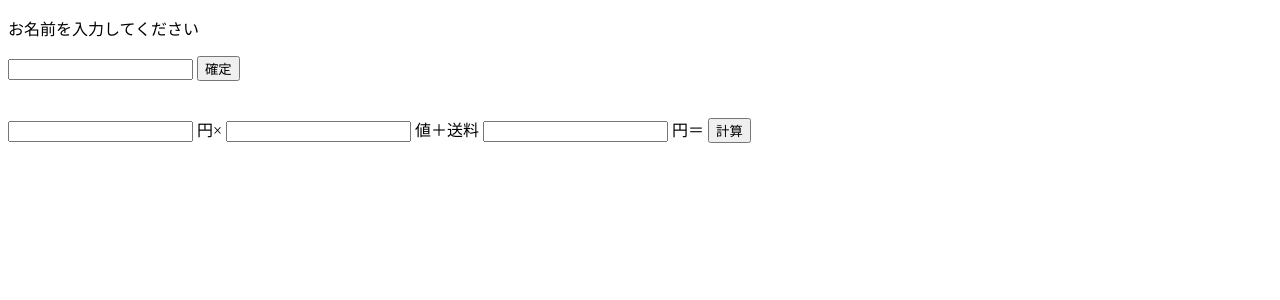
Repository: iuvfag/test
Page: http://localhost/HelloJsp/
These files come from the project's save history. The page is drawn as it stood at one moment and after the next save; the edit follows.
The browser window is 1280 px wide. The pictures show the whole page.
The page is served by Tomcat 9.

Above is the page before, as saved 2018-06-22 08:25:56.

After the next save:
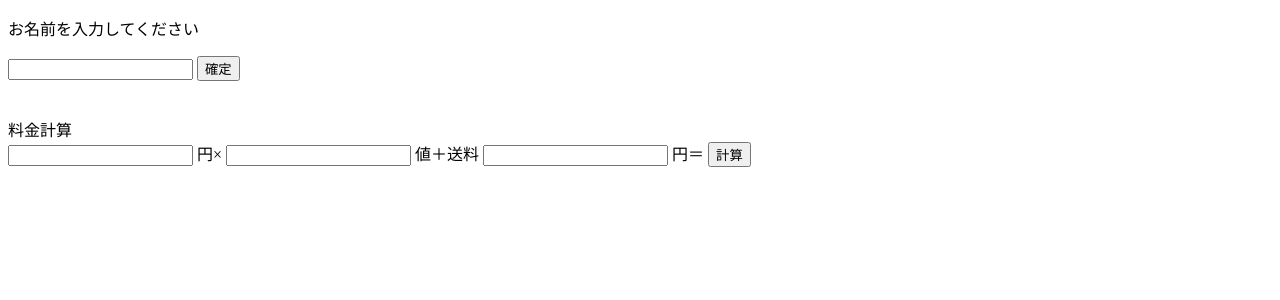
Saved 40 s later.
--- a/HelloJsp/WebContent/index.jsp
+++ b/HelloJsp/WebContent/index.jsp
@@ -14,6 +14,7 @@
 		</form>
 		<br><br>
 
+		料金計算
 		<form method="post" action="total-out.jsp">
 			<input type="text" name="price">
 			円×
